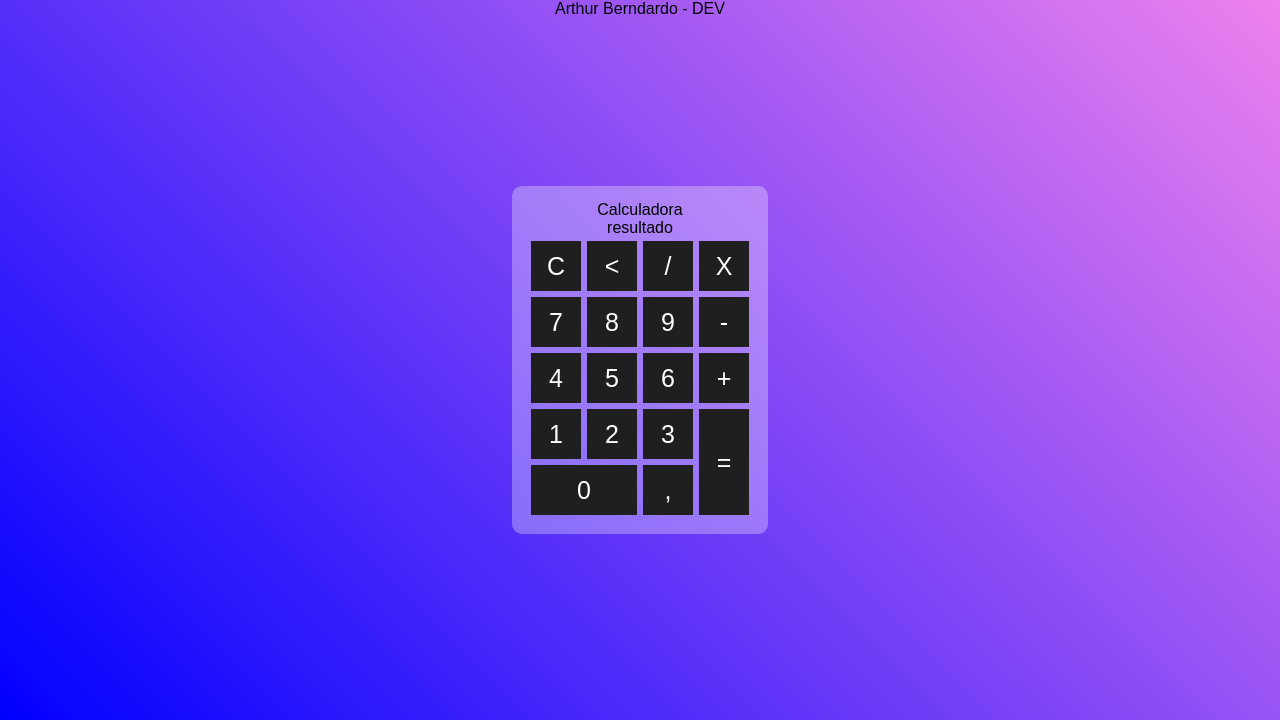
Repository: oThurDev/calculadora
Page: calculadora.html
The author's editor kept a copy of each file at every save. The page is drawn from the files as they stood at one save, then again after the next save.
The browser window is 1280 px wide. The pictures show the whole page.

Above is the page before, as saved 2022-02-25 15:46:00.

After the next save:
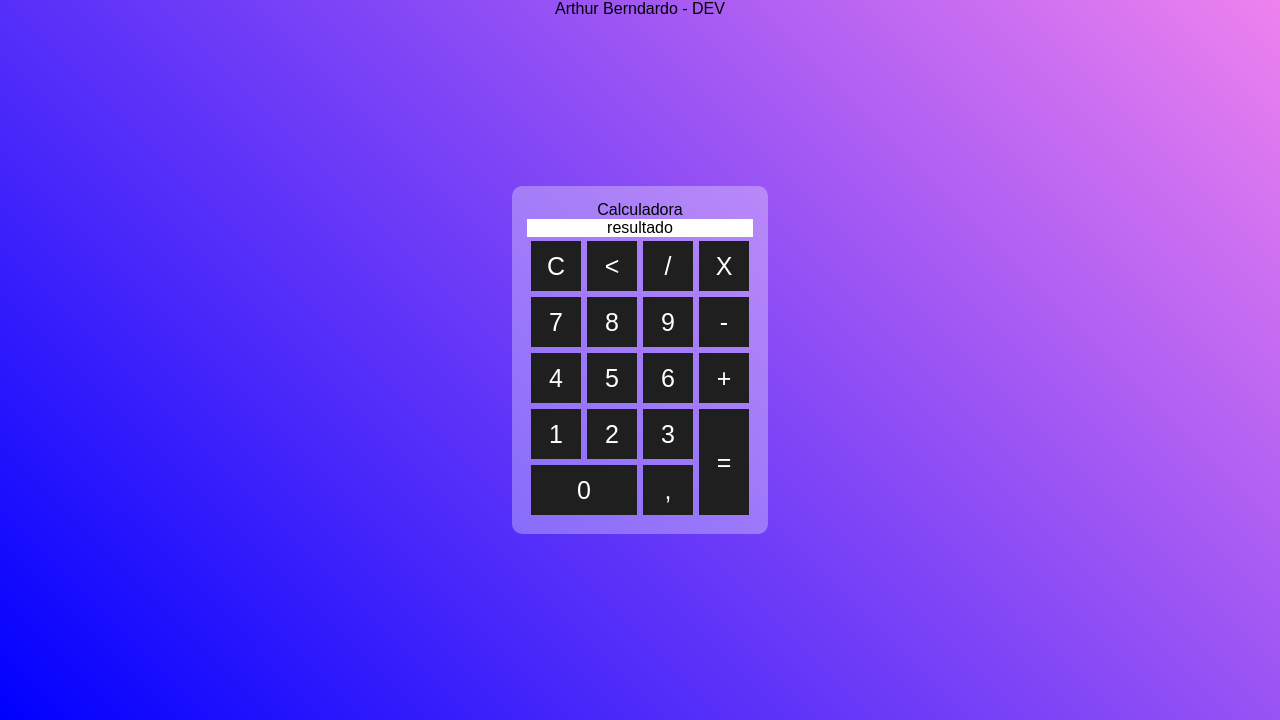
Saved 29 s later.
--- a/style_calculadora.css
+++ b/style_calculadora.css
@@ -35,3 +35,7 @@
 .botao:hover{
     background-color: black;
 }
+
+#resultado{
+    background-color: white;
+}
